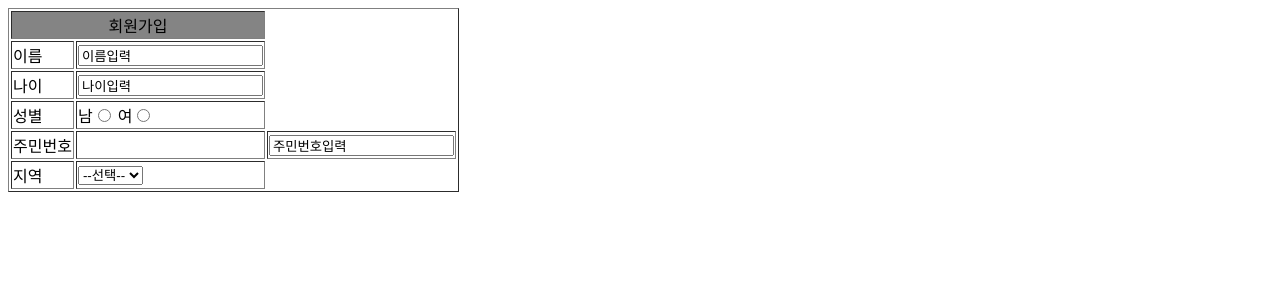
Repository: gunvv00/Java_practice
Page: html_work/html01/WebContent/goods.html
An editor plug-in stored every save of this project. The page is shown before and after the next save, followed by the edit.
The browser window is 1280 px wide. The pictures show the whole page.

Above is the page before, as saved 2020-01-02 06:37:14.

### html_work/html01/WebContent/goods.html
<!DOCTYPE html>
<html>
<head>
<meta charset="UTF-8">
<title>Insert title here</title>
</head>
<body>
	<TABLE Border = 1 height = 100 >
	<tr>
		<td bgcolor = "#848484" align = center colspan = "2">회원가입</td>
	</tr>
	<tr>
		<td>이름</td>
		<td><input type = "text" name="name" value = "이름입력"></td>
	</tr>
	<tr>
		<td>나이</td>
		<td><input type = "text" name="age" value = "나이입력"></td>
	</tr>
	<tr>
		<td>성별</td>
		<td>남<input type = "radio" name="gender"/>
			여<input type = "radio" name="gender"/>
		</td>
	</tr>
	<tr>
		<td>주민번호<td>
		<td><input type = "text" name="jumin" value = "주민번호입력"></td>
	</tr>
	<tr>
		<td>지역</td>
		<td>
		<select name = "location">
		<option value="">--선택--</option>
		<option value="j1">서울</option>
		<option value="j2">경기도</option>
		<option value="j3">전라도</option>
		<option value="j3">충청도</option>
		<option value="j3">경상도</option>
		<option value="j3">제주</option>
		</select>
		</td>
	</tr>
	</TABLE>

</body>
</html>

After the next save:
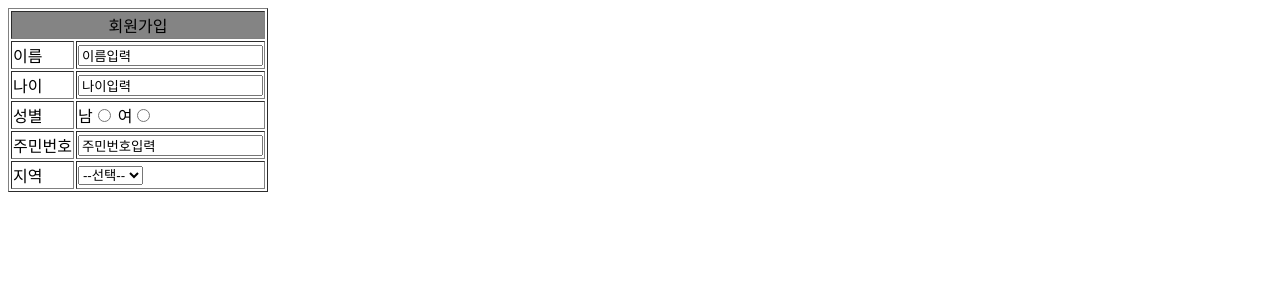
Saved 13 s later.
--- a/html_work/html01/WebContent/goods.html
+++ b/html_work/html01/WebContent/goods.html
@@ -24,7 +24,7 @@
 		</td>
 	</tr>
 	<tr>
-		<td>주민번호<td>
+		<td>주민번호</td>
 		<td><input type = "text" name="jumin" value = "주민번호입력"></td>
 	</tr>
 	<tr>
